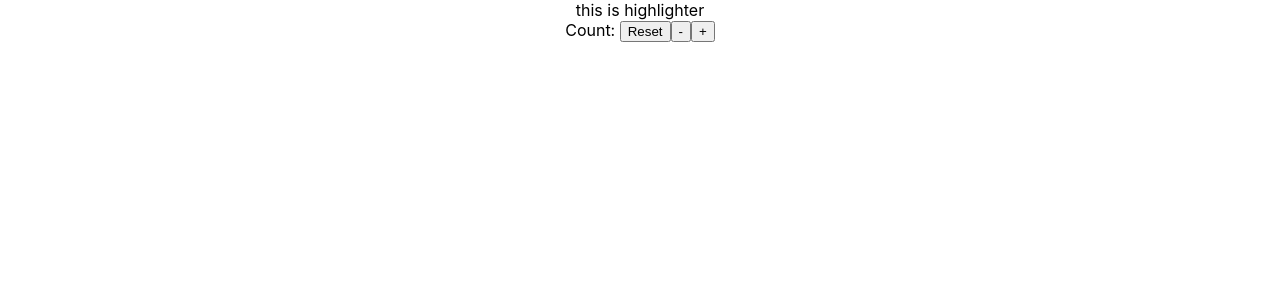
Repository: Farbod29/React-text-highlighter-with-hook-
Page: /
The author's editor kept a copy of each file at every save. The page is drawn from the files as they stood at one save, then again after the next save.
The browser window is 1280 px wide. The pictures show the whole page.
The project was rebuilt for these pictures with package versions that can differ from the ones it lists, and the page was loaded fresh each time.

Above is the page before, as saved 2022-02-18 20:24:31.

After the next save:
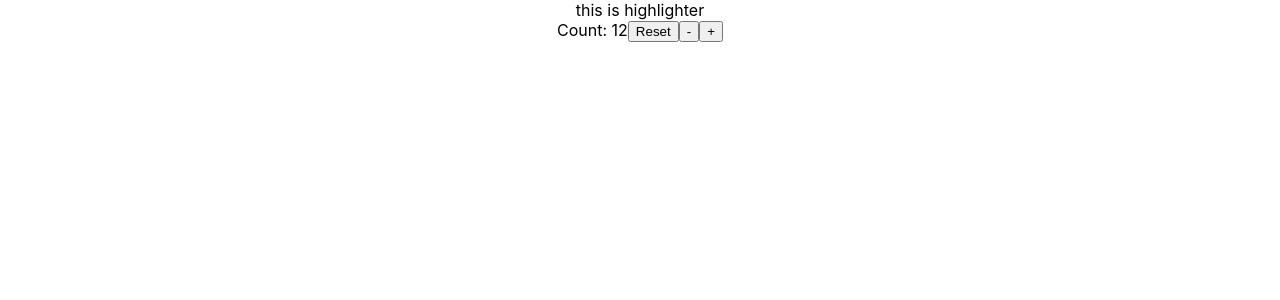
Saved 7 s later.
--- a/src/highlighter.js
+++ b/src/highlighter.js
@@ -1,7 +1,7 @@
 import React, { useEffect, useState } from 'react';
 
 export default function Highlighter() {
-  const [count, setCount] = useState();
+  const [count, setCount] = useState(12);
   return (
     <>
       <div> this is highlighter</div>
